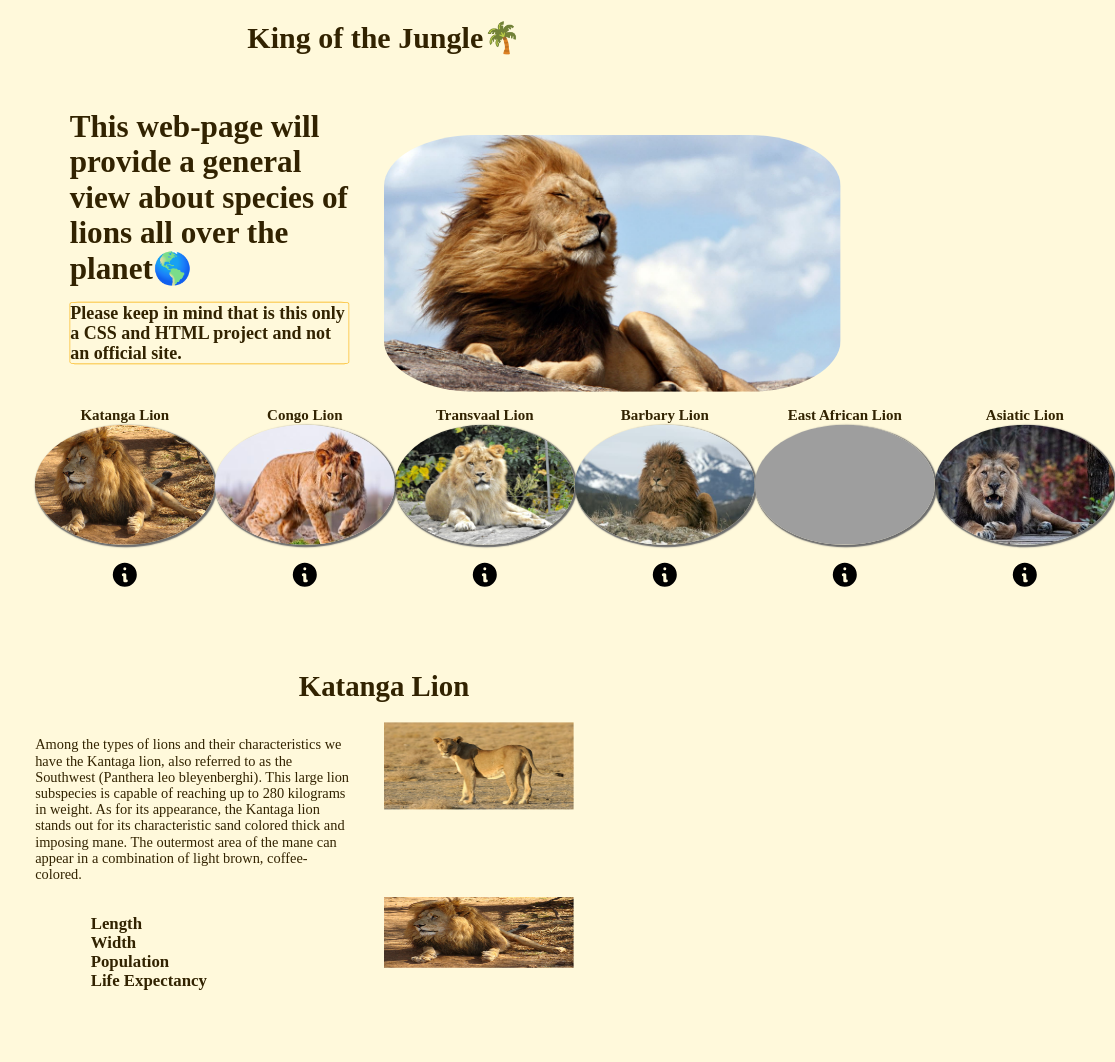
Repository: GeorgeManias/lions_project
Page: index.html
These files come from the project's save history. The page is drawn as it stood at one moment and after the next save; the edit follows.
The browser window is 1280 px wide. The page is 1858 px wide, so the pictures cover 1858 px, including what lies to the right of the window. The pictures show the whole page, at 60% of full size.
Pictures or frames that could not be fetched are drawn as grey boxes. Some web fonts or font styles are not loaded; a fallback is used.

Above is the page before, as saved 2021-11-05 20:35:20.

### index.html
<!DOCTYPE html>
<html lang="en">
  <head>
    <link rel="stylesheet" href="index.css" />
    <link
      href="https://fonts.googleapis.com/css2?family=Roboto:ital@1&display=swap"
      rel="stylesheet"
    />
    <link rel="preconnect" href="https://fonts.googleapis.com" />
    <link rel="preconnect" href="https://fonts.gstatic.com" crossorigin />
    <link
      href="https://fonts.googleapis.com/css2?family=Fruktur&family=Roboto:ital,wght@1,100;1,300&display=swap"
      rel="stylesheet"
    />
    <title>King of the Jungle</title>
  </head>
  <div class="container">
    <!--This will be the container fro the main_page-->
    <!--Start of Hero Area ---------------------------------------------------------------------------------------------------------------------------------------->
    <body>
      <header class="header_top">
        <h1>King of the Jungle🌴</h1>
      </header>
      <!--Class above will support the grid between header and main photo-->
      <div class="hero_section">
        <div class="headers_and_mainphoto">
          <header>
            <!--This area will be for the upper body part-->
            <h1 class="main_header">
              This web-page will provide a general view about species of lions
              all over the planet🌎
            </h1>
            <h2 class="project_header">
              Please keep in mind that is this only a CSS and HTML project and
              not an official site.
            </h2>
          </header>
          <img
            src="pictures/main_lion.jpg"
            alt="main_lion_photo"
            class="main_photo"
          />
        </div>

        <!--Multiple Pictures Grid Start----------------------------------------------------------------------------------------------->
        <div class="grid_with_6_pictures">
          <!--Katanga_Lion_Start-->
          <h3 id="katanga_title_cord" class="titles_6">Katanga Lion</h3>
          <img
            src="pictures/katanga_lion.jpg"
            alt="katanga_lion"
            id="katanga_img_cord"
            class="img_6"
          />
          <svg
            href="#"
            class="info_svg"
            xmlns="http://www.w3.org/2000/svg"
            width="100"
            height="100"
            viewBox="0 0 24 24"
          >
            <a href="https://www.google.co.uk/" target="_top" class="svg_link">
              <path
                stroke-linecap="round"
                stroke-linejoin="round"
                stroke-width="2"
                d="M13 16h-1v-4h-1m1-4h.01M21 12a9 9 0 11-18 0 9 9 0 0118 0z"
              />
            </a>
          </svg>
          <!--Katanga_Lion_End-->

          <!--Congo_Lion_Start-->
          <h3 id="congo_title_cord" class="titles_6">Congo Lion</h3>
          <img
            src="pictures/congo_lion.jpg"
            alt="congo_lion"
            id="congo_img_cord"
            class="img_6"
          />
          <svg
            class="info_svg"
            id="congo_info_cord"
            xmlns="http://www.w3.org/2000/svg"
            width="100"
            height="100"
            viewBox="0 0 24 24"
          >
            <a href="https://www.google.co.uk/" target="_top" class="svg_link">
              <path
                stroke-linecap="round"
                stroke-linejoin="round"
                stroke-width="2"
                d="M13 16h-1v-4h-1m1-4h.01M21 12a9 9 0 11-18 0 9 9 0 0118 0z"
              />
            </a>
          </svg>
          <!--Congo_Lion_End-->

          <!--Transvaal_Lion_Start-->
          <h3 id="Transvaal_title_cord" class="titles_6">Transvaal Lion</h3>
          <img
            src="pictures/Transvaal_lion.jpg"
            alt="Transvaal_lion"
            id="Transvaal_img_cord"
            class="img_6"
          />
          <svg
            class="info_svg"
            id="Transvaal_info_cord"
            xmlns="http://www.w3.org/2000/svg"
            width="100"
            height="100"
            viewBox="0 0 24 24"
          >
            <a href="https://www.google.co.uk/" target="_top" class="svg_link">
              <path
                stroke-linecap="round"
                stroke-linejoin="round"
                stroke-width="2"
                d="M13 16h-1v-4h-1m1-4h.01M21 12a9 9 0 11-18 0 9 9 0 0118 0z"
              />
            </a>
          </svg>
          <!--Transvaal_Lion_End-->

          <!--barbary_Lion_Start-->
          <h3 id="barbary_title_cord" class="titles_6">Barbary Lion</h3>
          <img
            src="pictures/barbary_lion.jpg"
            alt="barbary_lion"
            id="barbary_img_cord"
            class="img_6"
          />
          <svg
            class="info_svg"
            id="barbary_info_cord"
            xmlns="http://www.w3.org/2000/svg"
            width="100"
            height="100"
            viewBox="0 0 24 24"
          >
            <a href="https://www.google.co.uk/" target="_top" class="svg_link">
              <path
                stroke-linecap="round"
                stroke-linejoin="round"
                stroke-width="2"
                d="M13 16h-1v-4h-1m1-4h.01M21 12a9 9 0 11-18 0 9 9 0 0118 0z"
              />
            </a>
          </svg>
          <!--barbary_Lion_End-->

          <!--east_african_Lion_Start-->
          <h3 id="east_african_title_cord" class="titles_6">
            East African Lion
          </h3>
          <img
            src="pictures/east_african.jpg"
            alt="east_african_lion"
            id="east_african_img_cord"
            class="img_6"
          />
          <svg
            class="info_svg"
            id="east_african_info_cord"
            xmlns="http://www.w3.org/2000/svg"
            width="100"
            height="100"
            viewBox="0 0 24 24"
          >
            <a href="https://www.google.co.uk/" target="_top" class="svg_link">
              <path
                stroke-linecap="round"
                stroke-linejoin="round"
                stroke-width="2"
                d="M13 16h-1v-4h-1m1-4h.01M21 12a9 9 0 11-18 0 9 9 0 0118 0z"
              />
            </a>
          </svg>
          <!--east_african_Lion_End-->

          <!--asiatic_Lion_Start-->
          <h3 id="asiatic_title_cord" class="titles_6">Asiatic Lion</h3>
          <img
            src="pictures/asiatic_lion.jpg"
            alt="asiatic_lion"
            id="asiatic_img_cord"
            class="img_6"
          />
          <svg
            class="info_svg"
            id="asiatic_info_cord"
            xmlns="http://www.w3.org/2000/svg"
            width="100"
            height="100"
            viewBox="0 0 24 24"
          >
            <a href="https://www.google.co.uk/" target="_top" class="svg_link">
              <path
                stroke-linecap="round"
                stroke-linejoin="round"
                stroke-width="2"
                d="M13 16h-1v-4h-1m1-4h.01M21 12a9 9 0 11-18 0 9 9 0 0118 0z"
              />
            </a>
          </svg>
          <!--Multiple Pictures Grid End----------------------------------------------------------------------------------------------->
        </div>
      </div>
      <!--End of Hero Area ---------------------------------------------------------------------------------------------------------------------------------------->

      <!------------Analitikh 1/6 Arxh Katanga------------------------------------------------------------------------------------------------------------------------->
      <div class= "analysis_grid">
          <h1 class="analysis_h1">Katanga Lion</h1>
          <p class="analysis_p">Among the types of lions and their characteristics we have the Kantaga lion, also referred to as the Southwest (Panthera leo bleyenberghi). This large lion subspecies is capable of reaching up to 280 kilograms in weight.

            As for its appearance, the Kantaga lion stands out for its characteristic sand colored thick and imposing mane. The outermost area of the mane can appear in a combination of light brown, coffee-colored.</p>
          <ul class="analysis_list">
            <li>Length</li>
            <li>Width</li>
            <li>Population</li>
            <li>Life Expectancy</li>
          </ul>

          <img src="pictures/katanga_lion_female.jpg" alt="katanga_lion_female" class="analysis_female_lion">
          <img src="pictures/katanga_lion.jpg" alt="katanga_lion" class="analysis_male_lion">

      </div>
      <!------------Analitikh 1/6 Telos Katanga------------------------------------------------------------------------------------------------------------------------>
    </body>
    </body>
  </div>
</html>






<!--1
  Katanga lion
  Congo Lion
  Transvaal lion
  East African lion
  Asiatic lion
  West African lion

-->

### index.css
/*

--- 01 TYPOGRAPHY SYSTEM

- Font sizes (px)
10 / 12 / 14 / 16 / 18 / 20 / 24 / 30 / 36 / 44 / 52 / 62 / 74 / 86 / 98

- Font weights
Default: 400
Medium: 500
Semi-bold: 600
Bold: 700

- Line heights
Default: 1
Small: 1.05
Medium: 1.2
Paragraph default: 1.6

- Letter spacing
-0.5px
0.75px

--- 02 COLORS

- Primary: ##fab005
- Tints:
#fff9db
#322301

- Shades:


#f0ede6


- Accents:
- Greys

#888
#767676 (lightest grey allowed on #fff)
#6f6f6f (lightest grey allowed on #fdf2e9)
#555
#333

--- 05 SHADOWS

0 2.4rem 4.8rem rgba(0, 0, 0, 0.075);

--- 06 BORDER-RADIUS

Default: 9px
Medium: 11px

--- 07 WHITESPACE

- Spacing system (px)
2 / 4 / 8 / 12 / 16 / 24 / 32 / 48 / 64 / 80 / 96 / 128
*/

html {
  /*εδώ βάζω το 10 με σκοπο το αλλο να έχει ευκολο πολαπλασσιο του rem*/
  font-size: 10px;
  margin-left: 0%;
  margin-right: 0%;
  color: #322301;
}

body {
  background-color: #fff9db;
  margin-bottom: 3%;
}

.header_top {
  font-family: "Fruktur", cursive;
  text-align: center;
  font-size: 2.5rem;
  margin-bottom: 0;
}

.hero_section {
  padding-left: 5rem;
  padding-right: 5rem;
}

header {
  margin-left: 10%;
  margin-right: 10%;
}

.main_header {
  font-size: 5.2rem;
  margin-bottom: 0;
}

.project_header {
  font-size: 3rem;
  border: 0.1rem solid #fab005;
  border-radius: 3%;
}

.headers_and_mainphoto {
  /*Αυτο το πεδίο αναφέρεται στο grid*/
  display: grid;
  grid-template-columns: 50% 50%;
  align-items: center;
}

.grid_with_6_pictures {
  display: grid;
  grid-template-columns: 1fr 1fr 1fr 1fr 1fr 1fr;
  grid-template-rows: auto auto auto;
  justify-items: center;
  align-items: flex-end;
}

.main_photo {
  width: 761px;
  margin-top: 100px;
  border-radius: 20%;
}

.img_6 {
  width: 300px;
  height: 200px;
  border-radius: 50%;
  box-shadow: 2px 2px 2px 2px rgb(109, 109, 109);
}

.titles_6 {
  font-size: 2.5rem;
  margin-bottom: 0.8%;
}

.info_svg {
  width: 20%;
  stroke: #fff9db;
  border-radius: 0;
  padding-top: 0%;
}

.svg_link:link {
  width: 20%;
  stroke: #fff9db;
  border-radius: 0;
  padding-top: 0%;
}

.svg_link:visited {
  width: 20%;
  stroke: #fff9db;
  border-radius: 0;
  padding-top: 0%;
}

.svg_link:hover {
  width: 20%;
  stroke: #fab005;
  border-radius: 0;
  padding-top: 0%;
  transition: all 1s;
}
/*//////////////////////////////////////////////////////////////////////////////////////////////////////////////////////////////////////////////////////////////////*/
/*Katanga Lion Cord Start*/
#katanga_title_cord {
  grid-column: 1/2;
  grid-row: 1/2;
}
#katanga_img_cord {
  grid-column: 1/2;
  grid-row: 2/3;
}

#katanga_info_cord {
  grid-column: 1/2;
  grid-row: 3/4;
}
/*Katanga Lion Cord End*/

/*Congo Lion Cord Start*/
#congo_title_cord {
  grid-column: 2/3;
  grid-row: 1/2;
}
#congo_img_cord {
  grid-column: 2/3;
  grid-row: 2/3;
}

#congo_info_cord {
  grid-column: 2/3;
  grid-row: 3/4;
}
/*Congo Lion Cord End*/

/*Transvaal Lion Cord Start*/
#Transvaal_title_cord {
  grid-column: 3/4;
  grid-row: 1/2;
}
#Transvaal_img_cord {
  grid-column: 3/4;
  grid-row: 2/3;
}

#Transvaal_info_cord {
  grid-column: 3/4;
  grid-row: 3/4;
}
/*Transvaal Lion Cord End*/

/*Congo Lion Cord End*/

/*barbary Lion Cord Start*/
#barbary_title_cord {
  grid-column: 4/5;
  grid-row: 1/2;
}
#barbary_img_cord {
  grid-column: 4/5;
  grid-row: 2/3;
}

#barbary_info_cord {
  grid-column: 4/5;
  grid-row: 3/4;
}
/*barbary Lion Cord End*/

/*east_african Lion Cord Start*/
#east_african_title_cord {
  grid-column: 5/6;
  grid-row: 1/2;
}
#east_african_img_cord {
  grid-column: 5/6;
  grid-row: 2/3;
}

#east_african_info_cord {
  grid-column: 5/6;
  grid-row: 3/4;
}
/*east_african Lion Cord End*/

/*asiatic Lion Cord Start*/
#asiatic_title_cord {
  grid-column: 6/7;
  grid-row: 1/2;
}
#asiatic_img_cord {
  grid-column: 6/7;
  grid-row: 2/3;
}

#asiatic_info_cord {
  grid-column: 6/7;
  grid-row: 3/4;
}
/*asiatic Lion Cord End*/
/*//////////////////////////////////////////////////////////////////////////////////////////////////////////////////////////////////////////////////////////////////*/

/*////////////////////////////////////////////////////////////////////////////////////////////////////////////////////////////////////////////////////////////////////
Katanga Analysis 1/6 Arxh
////////////////////////////////////////////////////////////////////////////////////////////////////////////////////////////////////////////////////////////////////*/
.analysis_grid {
  display: grid;
  grid-template-columns: 1fr 1fr;
  grid-template-rows: auto auto auto;
  margin-top: 6%;
}

.analysis_h1 {
  font-size: 4.8rem;
  text-align: center;
  color: #322301;
}

.analysis_p {
  font-size: 2.4rem;
  padding-left: 8%;
  padding-right: 8%;
}

.analysis_list {
  font-size: 2.8rem;
  padding-left: 8rem;
  font-weight: 700;
  color: #322301;
  margin-left: 10%;
  list-style-type: none;
}

.analysis_male_lion {
  width: 50%;
  height: 50%;
}
.analysis_female_lion {
  width: 50%;
  height: 50%;
}
/*Katanga Analysis stixisi Arxh///////////////////////////////////////////////*/
.analysis_h1 {
  grid-column: 1/-1;
}

.analysis_p {
  grid-row: 2/3;
  grid-column: 1/2;
}

.analysis_list {
  grid-row: 3/4;
  grid-column: 1/2;
}

/*Katanga Analysis stixisi Telos///////////////////////////////////////////////*/

After the next save:
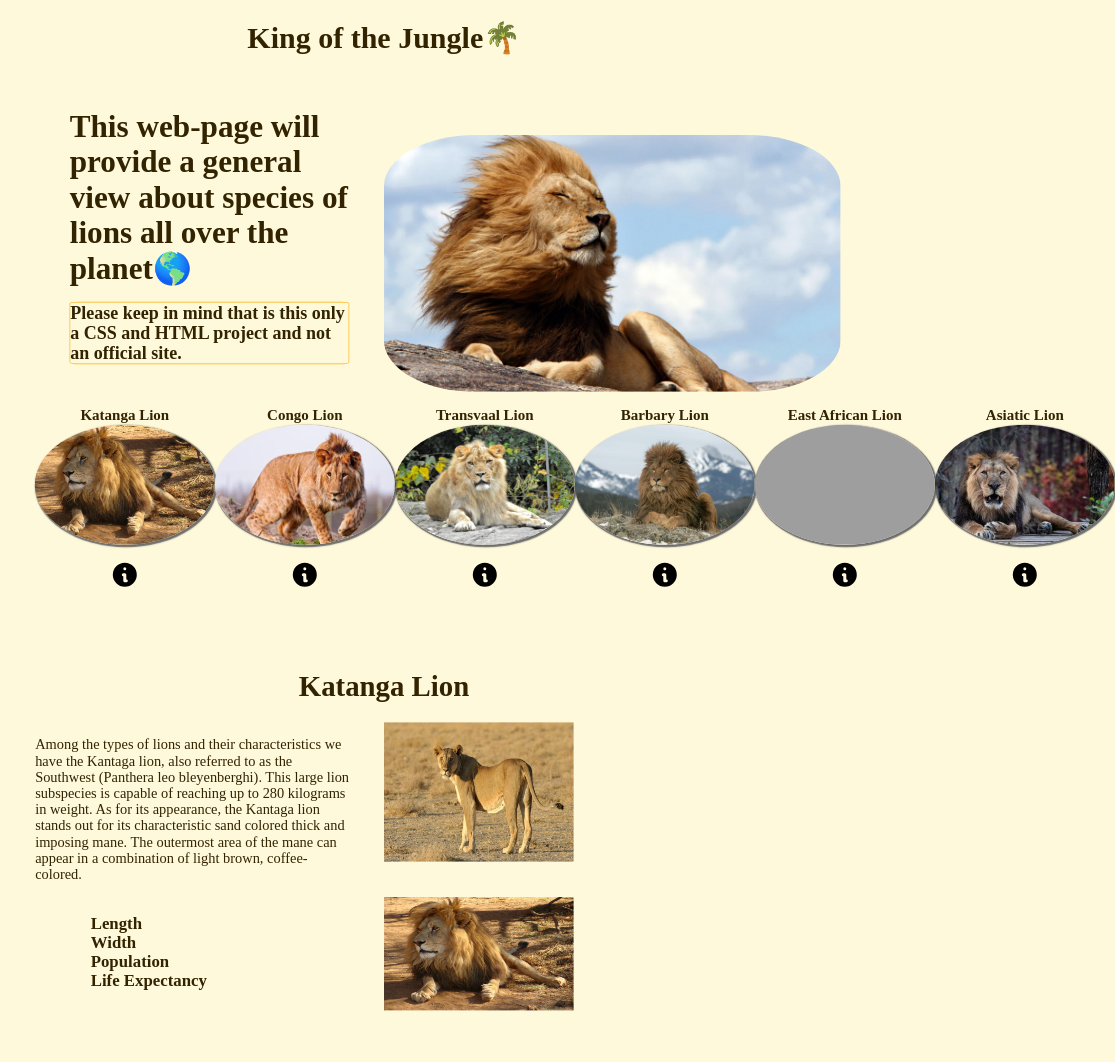
Saved 12 s later.
--- a/index.css
+++ b/index.css
@@ -293,11 +293,11 @@ Katanga Analysis 1/6 Arxh
 
 .analysis_male_lion {
   width: 50%;
-  height: 50%;
+  height: 80%;
 }
 .analysis_female_lion {
   width: 50%;
-  height: 50%;
+  height: 80%;
 }
 /*Katanga Analysis stixisi Arxh///////////////////////////////////////////////*/
 .analysis_h1 {
